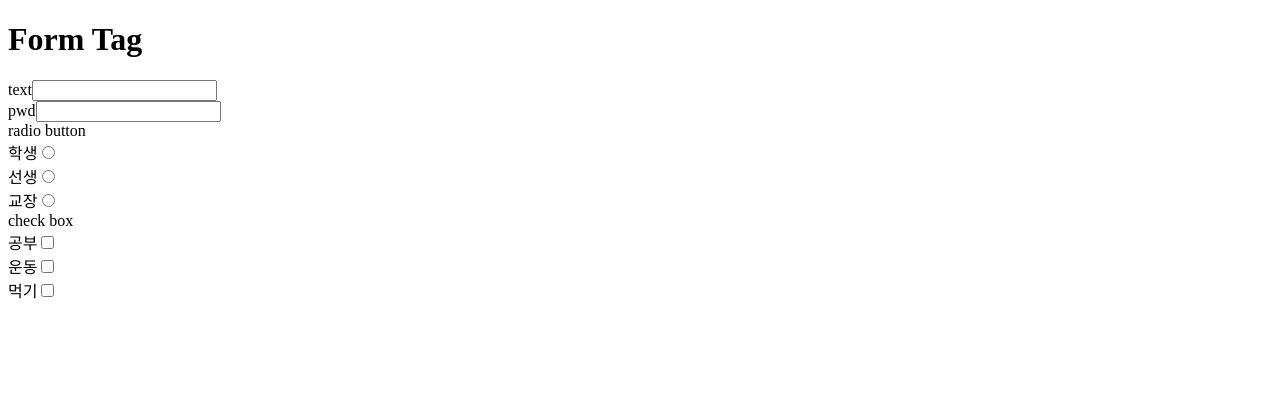
Repository: Scoobi-wisdoom/web
Page: d01/web/a6.html
The author's editor kept a copy of each file at every save. The page is drawn from the files as they stood at one save, then again after the next save.
The browser window is 1280 px wide. The pictures show the whole page.

Above is the page before, as saved 2020-08-05 06:44:13.

After the next save:
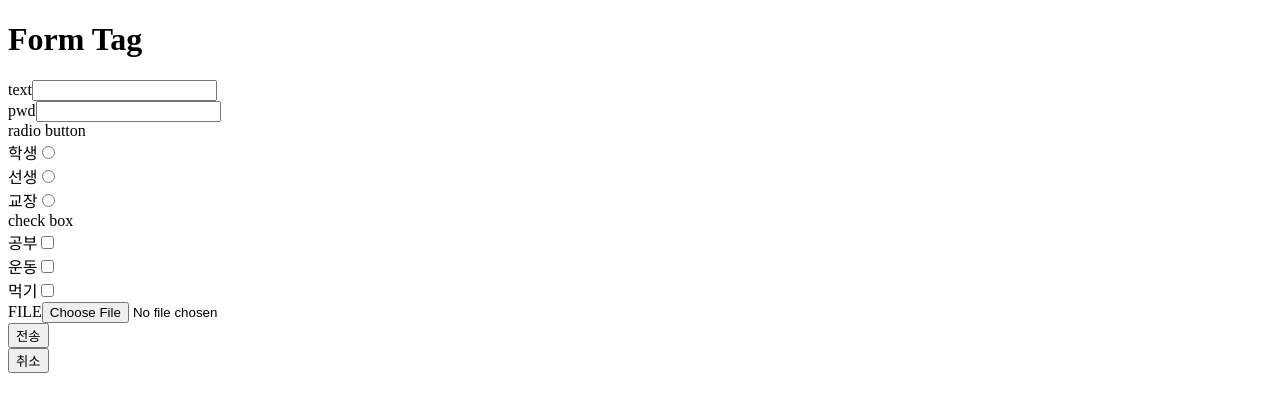
Saved 2 min 19 s later.
--- a/d01/web/a6.html
+++ b/d01/web/a6.html
@@ -17,6 +17,10 @@ check box<br>
 공부<input type="checkbox" name="c1" value="z1"><br>
 운동<input type="checkbox" name="c1" value="z2"><br>
 먹기<input type="checkbox" name="c1" value="z3"><br>
+FILE<input type="file" name="file"><br>
+<input type="hidden" name="id" value="id01">
+<input type="submit" value="전송"><br>
+<input type="reset" value="취소"><br>
 </form>
 </body>
 </html>
